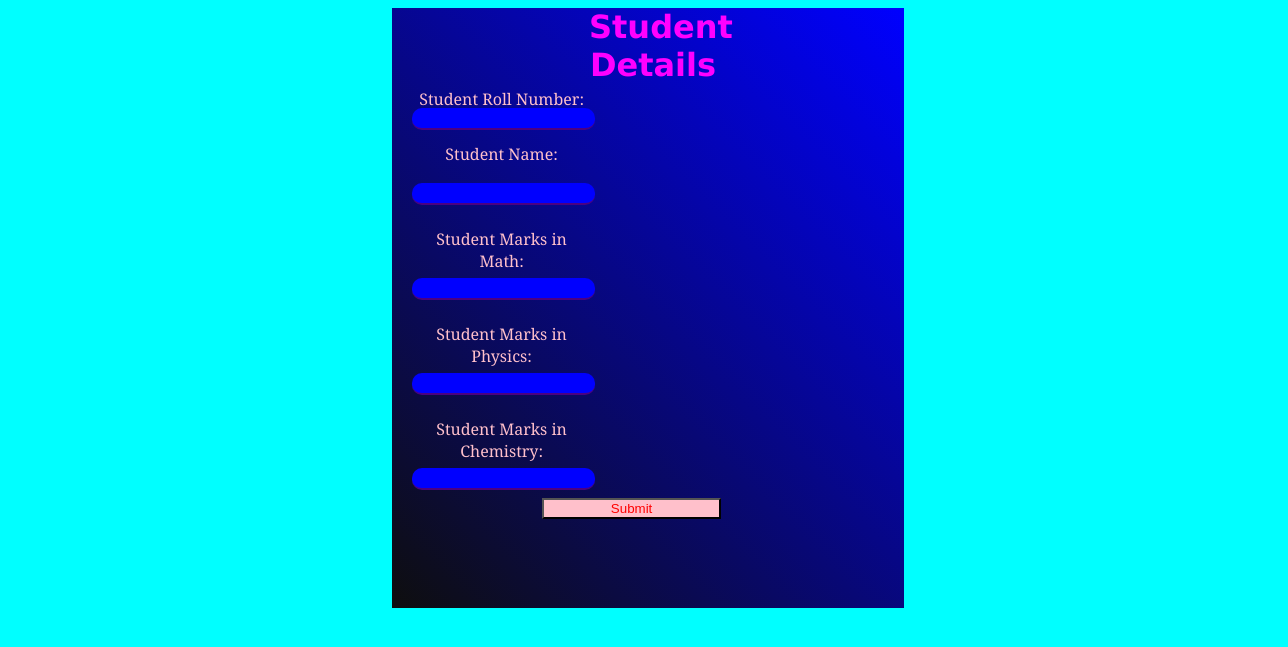
Repository: prm2711/javaapps
Page: eclipse-workspace/FirstProject/WebContent/index.html
These files come from the project's save history. The page is drawn as it stood at one moment and after the next save; the edit follows.
The browser window is 1280 px wide. The page is 1288 px wide, so the pictures cover 1288 px, including what lies to the right of the window. The pictures show the whole page.

Above is the page before, as saved 2018-01-19 11:18:11.

### eclipse-workspace/FirstProject/WebContent/index.html
<!DOCTYPE html>
<html>
<head>
<meta charset="ISO-8859-1">
<title>Student form</title>
<link rel="stylesheet" type="text/css" href="css/format.css">
<meta name="viewport" content="width=device-width, initial-scale=1.0">
</head>
<body>
		<div class="top_container"></div>
		<div class="small_container1"></div>
		<div class="small_container2"></div>
		<div class="small_container3"></div>
		<div class="small_container4"></div>

		<div align="center" class="inner_container">
			<form method="post" action="InsertServlet"
				onsubmit="return validateForm()">

				<h1 class="heading">Student Details</h1>
				<p class="label1">Student Roll Number:</p>
				<br> <input class="text-box1" type="text" name="roll_no"
					id="roll_no"><br> <br>
				<p class="label2">Student Name:</p>
				<br> <input class="text-box2" type="text" name="student_name"
					id="student_name"><br> <br>
				<p class="label3">Student Marks in Math:</p>
				<br> <input class="text-box3" type="text" name="marks"
					id="marks"><br> <br>
				<p class="label4">Student Marks in Physics:</p>
				<br> <input class="text-box4" type="text" name="marksphy"
					id="marksphy"><br> <br>
				<p class="label5">Student Marks in Chemistry:</p>
				<br> <input class="text-box5" type="text" name="markschem"
					id="markschem"><br> <br>
					<input class="submitButton" type="submit" value="Submit">

			</form>
		</div>
		<div class="bottom_container"></div>

	<script src="js/insertdata.js"></script>
</body>
</html>

### eclipse-workspace/FirstProject/WebContent/css/format.css
body {
	background-color: cyan;
	width: 100%;
}

.inner_container {
	background-color: blue;
	background: linear-gradient(45deg, #0e0e0e, blue);
	position: relative;
	/*top: 50px;
	left: 350px;*/
	z-index: 2;
	margin: 0 auto;
	width: 40%;
	height: 600px;
}

.heading {
	color: magenta;
	font-family: Verdana, Geneva, sans-serif;
	padding-left: 10px;
}

form,.heading {
	width: 50%;
	margin: 0 auto;
}

.text-box1, .text-box2, .text-box3, .text-box4, .text-box5 {
	position: absolute;
	left: 20px;
	border: 0px;
	border-bottom: 2px indigo solid;
	border-radius: 10px;
	background: blue;
	color: white;
	font-family: Georgia;
}

.text-box1 {
	top: 100px;
}

.label2, .label3, .label4, .label5,.label1 {
	position: absolute;
	left: 20px;
	color: pink;
	font-family: Georgia;
}

.label1 {
	top: 80px;
}

.label2 {
	top: 135px;
}

.text-box2 {
	top: 175px;
}

.label3 {
	top: 220px;
}

.text-box3 {
	top: 270px;
}

.label4 {
	top: 315px;
}

.text-box4 {
	top: 365px;
}

.label5 {
	top: 410px;
}

.text-box5 {
	top: 460px;
}

.submitButton {
	position: absolute;
	background-color: pink;
	color: red;
	left: 150px;
	top: 490px;
	width: 35%;
	margin: 0 auto;
}

.submitButton:hover {
	background-color: #4caf50;
	color: white;
}

input,p {
	width: 35%;
	margin: 0 auto;
}

@media screen and (max-width: 700px) {
	body {
	width: 100%;
	}

	.inner-container {
		width: 100%;
	}

	form,.heading {
	width: 70%;
	}

	input,p,.submitButton {
	width: 50%;
	}

}

@media screen and (max-width: 400px) {

	body {
	width: 100%;
	}
	.inner-container {
		width: 100%;
	}

	form,.heading {
	width: 50%;
	}

	,input,p,.submitButton {
	width: 30%;
	}
}

@media screen and (max-width: 1000px) {

	body {
	width: 100%;
	}

	.inner-container {
		width: 100%;
	}

	form,.heading {
	width: 50%;
	}

	,input,p,.submitButton {
	width: 30%;
	}
}

### eclipse-workspace/FirstProject/WebContent/js/insertdata.js
/**
 *
 */
function validateForm() {
	var rollno = document.getElementById("roll_no").value;
	var student_name = document.getElementById("student_name").value;
	var marks = document.getElementById("marks").value;
	var marksphy = document.getElementById("marksphy").value;
	var markschem = document.getElementById("markschem").value;

	if (isNaN(rollno) == true || isNaN(marks) == true
			|| isNaN(marksphy) == true || isNaN(markschem) == true || rollno.length==0 || student_name.length==0 || marks.length==0 || marksphy.length==0 || markschem.length==0) {
		alert("Enter valid details");
		return false;
	}

	else {

		return true;
	}
}

After the next save:
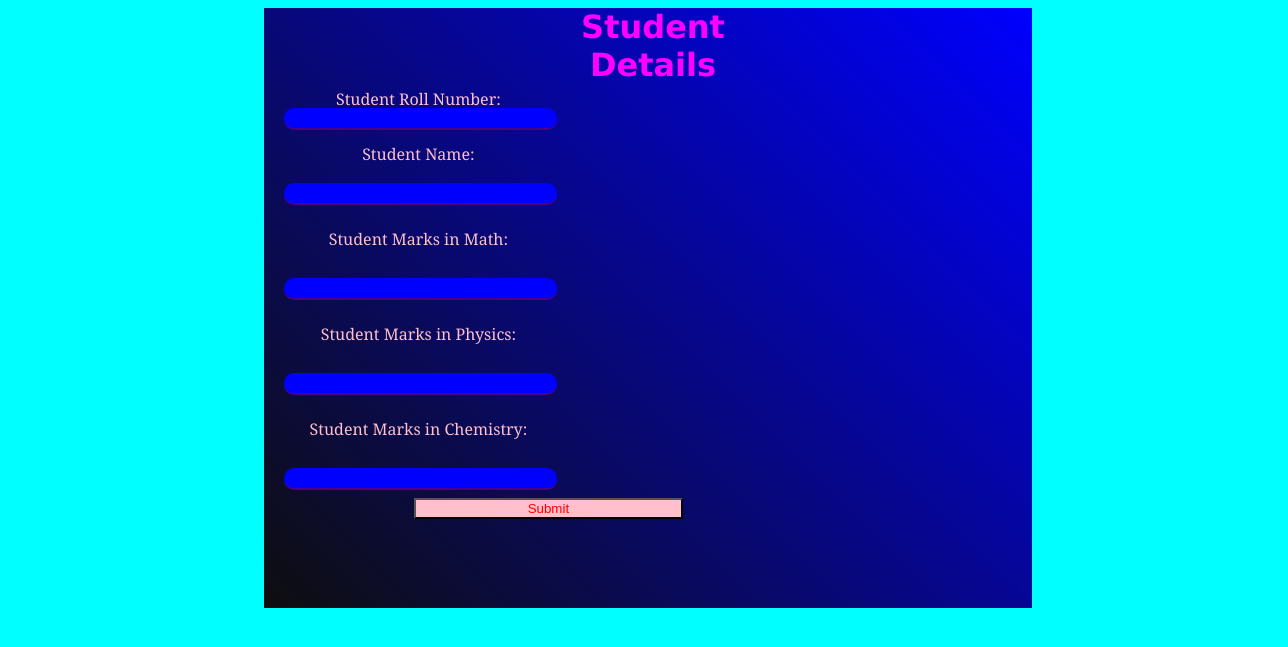
Saved 73 s later.
--- a/eclipse-workspace/FirstProject/WebContent/css/format.css
+++ b/eclipse-workspace/FirstProject/WebContent/css/format.css
@@ -11,7 +11,7 @@
 	left: 350px;*/
 	z-index: 2;
 	margin: 0 auto;
-	width: 40%;
+	width: 60%;
 	height: 600px;
 }
 

After the 5 saves that followed:
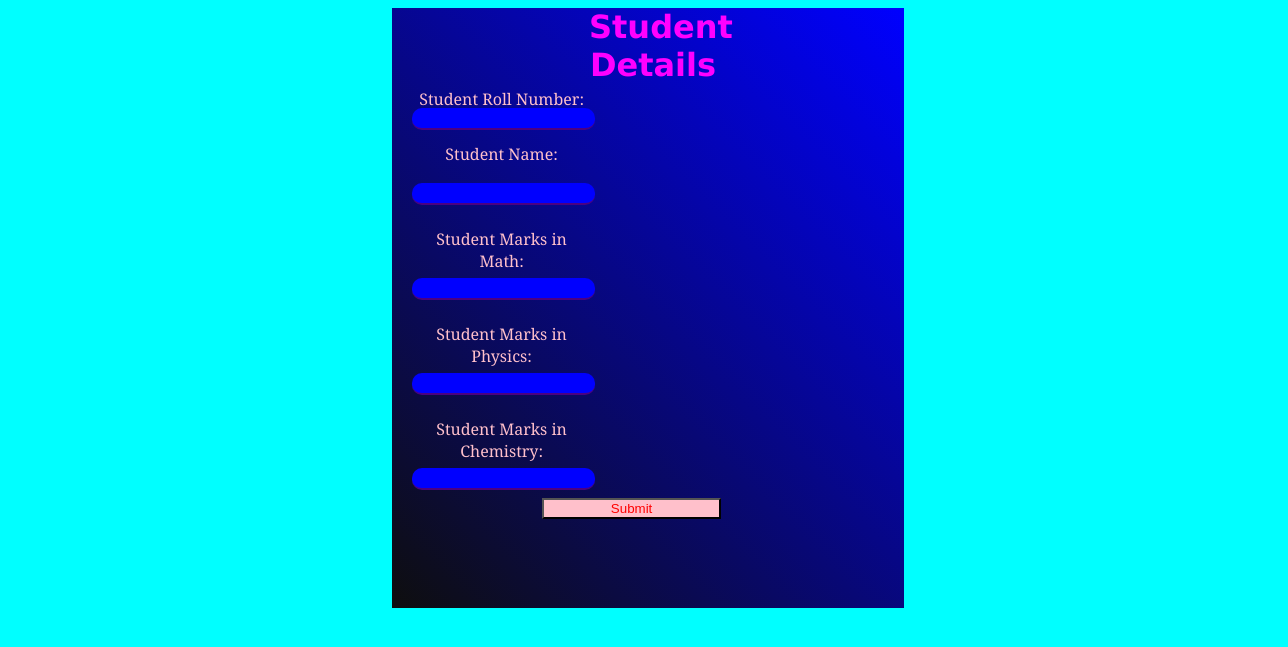
The 5 saves are shown as one change because 4 left the picture as it was.
The last was saved 4 min 52 s later.
--- a/eclipse-workspace/FirstProject/WebContent/css/format.css
+++ b/eclipse-workspace/FirstProject/WebContent/css/format.css
@@ -11,7 +11,7 @@
 	left: 350px;*/
 	z-index: 2;
 	margin: 0 auto;
-	width: 60%;
+	width: 40%;
 	height: 600px;
 }
 
@@ -140,22 +140,3 @@
 	width: 30%;
 	}
 }
-
-@media screen and (max-width: 1000px) {
-
-	body {
-	width: 100%;
-	}
-
-	.inner-container {
-		width: 100%;
-	}
-
-	form,.heading {
-	width: 50%;
-	}
-
-	,input,p,.submitButton {
-	width: 30%;
-	}
-}
